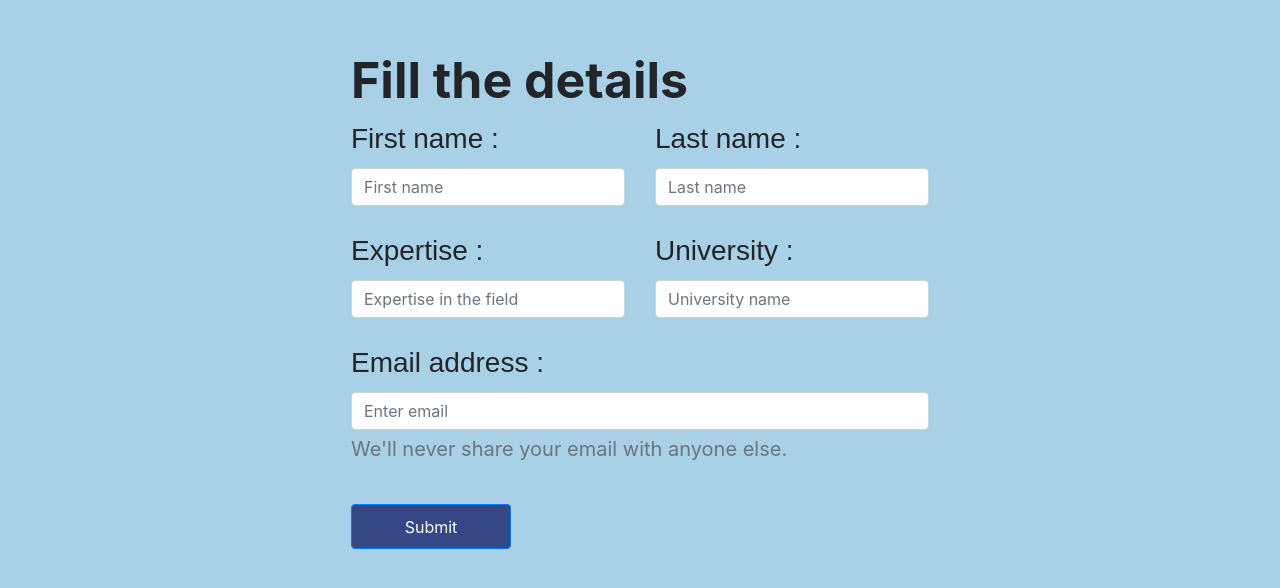
Repository: Sanskriti002/collaborate
Page: form.html
An editor plug-in stored every save of this project. The page is shown before and after the next save, followed by the edit.
The browser window is 1280 px wide. The pictures show the whole page.

Above is the page before, as saved 2023-09-21 21:49:29.

### form.html
<!DOCTYPE html>
<html lang="en">
<head>
    <meta charset="UTF-8">
    <meta name="viewport" content="width=device-width, initial-scale=1.0">
    <meta http-equiv="X-UA-Compatible" content="ie=edge">
    <link rel="stylesheet" href="https://stackpath.bootstrapcdn.com/bootstrap/4.1.1/css/bootstrap.min.css" integrity="sha384-WskhaSGFgHYWDcbwN70/dfYBj47jz9qbsMId/iRN3ewGhXQFZCSftd1LZCfmhktB"
        crossorigin="anonymous">
        <link href="form.css" rel="stylesheet">
    <title>Fill up the form</title>
</head>
<body>
    <form>
        <h3>Fill the details</h3>
        <div class="row">
          <div class="col">
            <label>First name :</label>
            <input type="text" class="form-control" placeholder="First name">
          </div>
          <div class="col">
            <label>Last name :</label>
            <input type="text" class="form-control" placeholder="Last name">
          </div>
        </div>
        <br>
        <div class="row">
            <div class="col">
              <label>Expertise :</label>
              <input type="text" class="form-control" placeholder="Expertise in the field">
            </div>
            <div class="col">
              <label>University :</label>
              <input type="text" class="form-control" placeholder="University name">
            </div>
          </div>
        <br>
        <div class="form-group">
            <label for="exampleInputEmail1">Email address :</label>
            <input type="email" class="form-control" id="exampleInputEmail1" aria-describedby="emailHelp" placeholder="Enter email">
            <small id="emailHelp" class="form-text text-muted">We'll never share your email with anyone else.</small>
          </div>


          <br>
          <button type="submit" id="btn" class="btn btn-primary" onclick="alert('Submitted')">Submit</button>
      </form>



</body>
</html>

### form.css
body{
    background-color: #a8d0e6;
    padding:0;
     justify-content: center;
    align-items: center;
    box-sizing: border-box;

}

form{
     display: inline-block;
     position: relative;
     left: 50%;
    transform: translateX(-50%);;
     top: 50px;

    }
    input{
        width:100%;
        height: 50%;
        border: 1px solid lightgray;
        border-radius: 6px;
        outline: none;
        padding: 0 15px;
        font-size: 20px;
        transition: all 0.3s ease;

 }

 label{
    font-size: 28px;
    font-weight: 400;
    font-family: 'Nunito',sans-serif;
 }
 h3{
    font-size:50px;
    font-weight: bold;
 }
 #emailHelp{
    font-size: 20px;
    color: black;
 }
 #btn{
    width:160px;
    height:45px;
    cursor:pointer;
    background-color:#374785;
 }

After the next save:
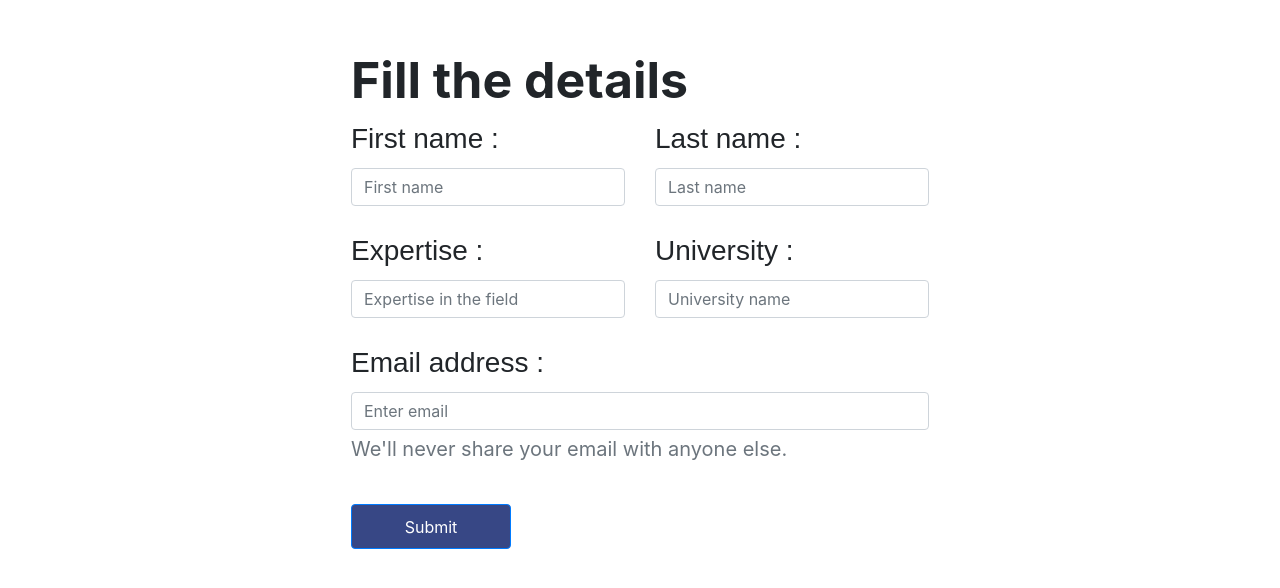
Saved 113 s later.
--- a/form.css
+++ b/form.css
@@ -1,5 +1,5 @@
 body{
-    background-color: #a8d0e6;
+    background-image: #a8d0e6;
     padding:0;
      justify-content: center;
     align-items: center;
